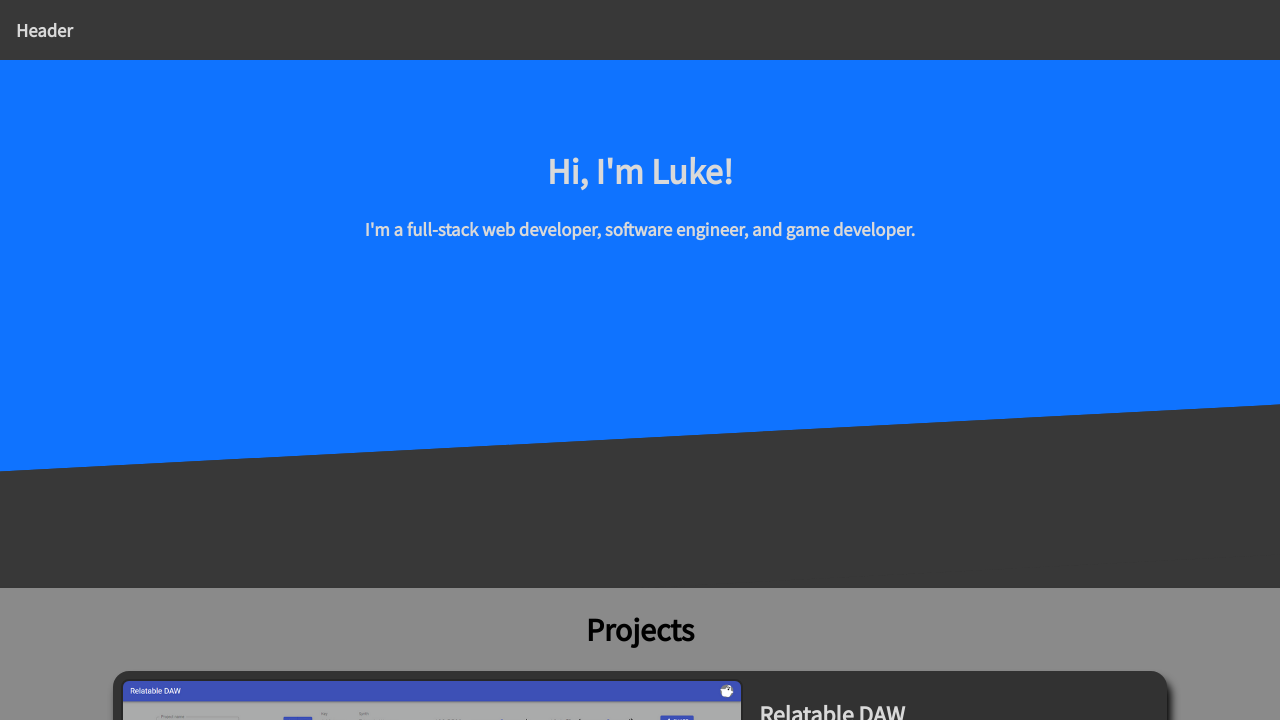
Repository: lbodwell/Personal-Website
Page: index.html
The author's editor kept a copy of each file at every save. The page is drawn from the files as they stood at one save, then again after the next save.
The browser window is 1280 px wide. The pictures show the whole page.
An inner scrolling area shows only its first screen.

Above is the page before, as saved 2022-04-04 04:42:30.

After the next save:
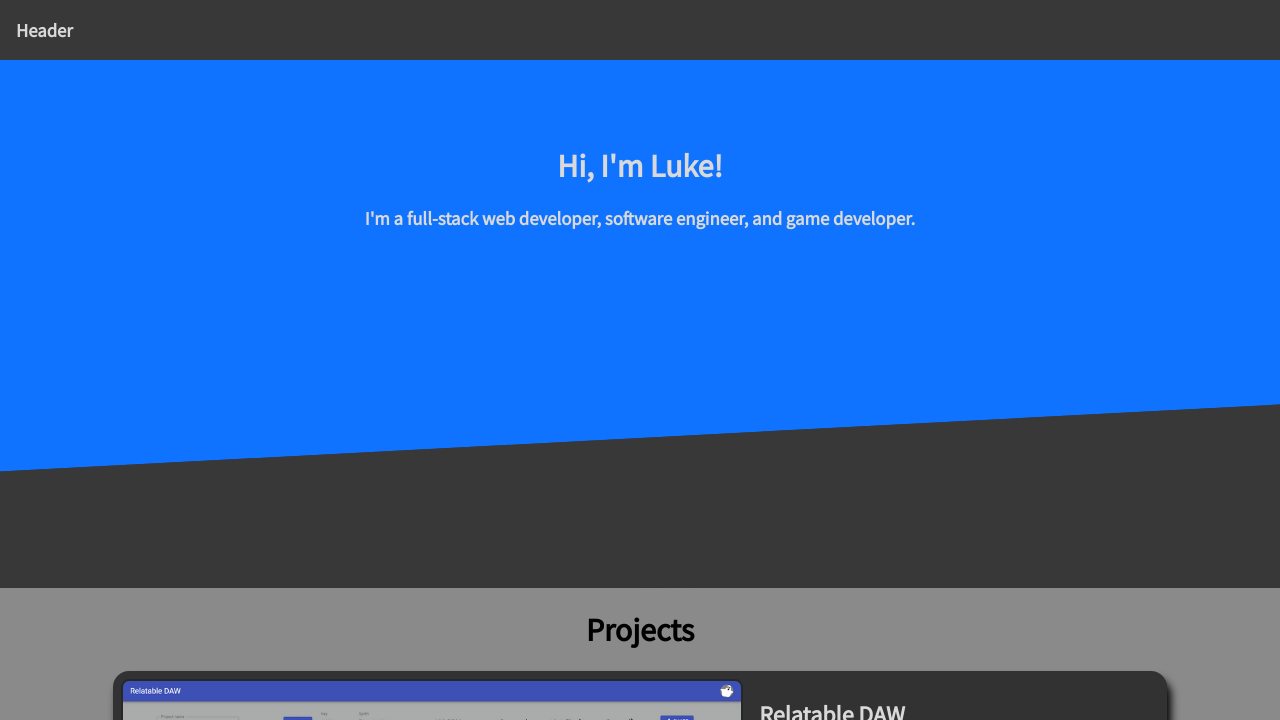
Saved 5 s later.
--- a/styles.css
+++ b/styles.css
@@ -39,7 +39,7 @@ content {
 }
 
 .intro > h1 {
-    font-size: 36px;
+    /* font-size: 36px; */
 }
 
 .intro::before, .intro::after {
